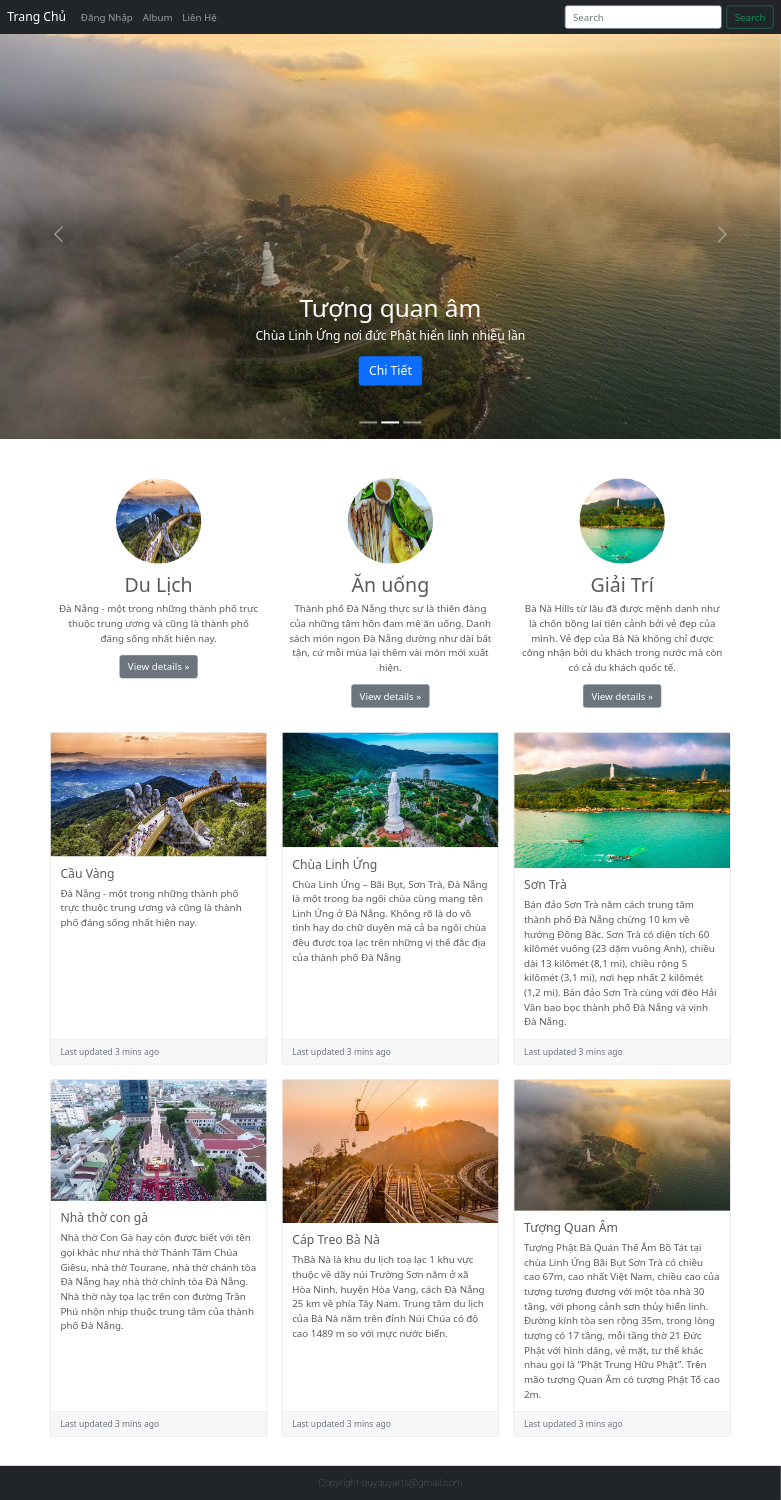
Repository: quyld88/baipro4
Page: index.html
The author's editor kept a copy of each file at every save. The page is drawn from the files as they stood at one save, then again after the next save.
The browser window is 1280 px wide. The pictures show the whole page, at 61% of full size.

Above is the page before, as saved 2022-05-16 16:44:25.

After the next save:
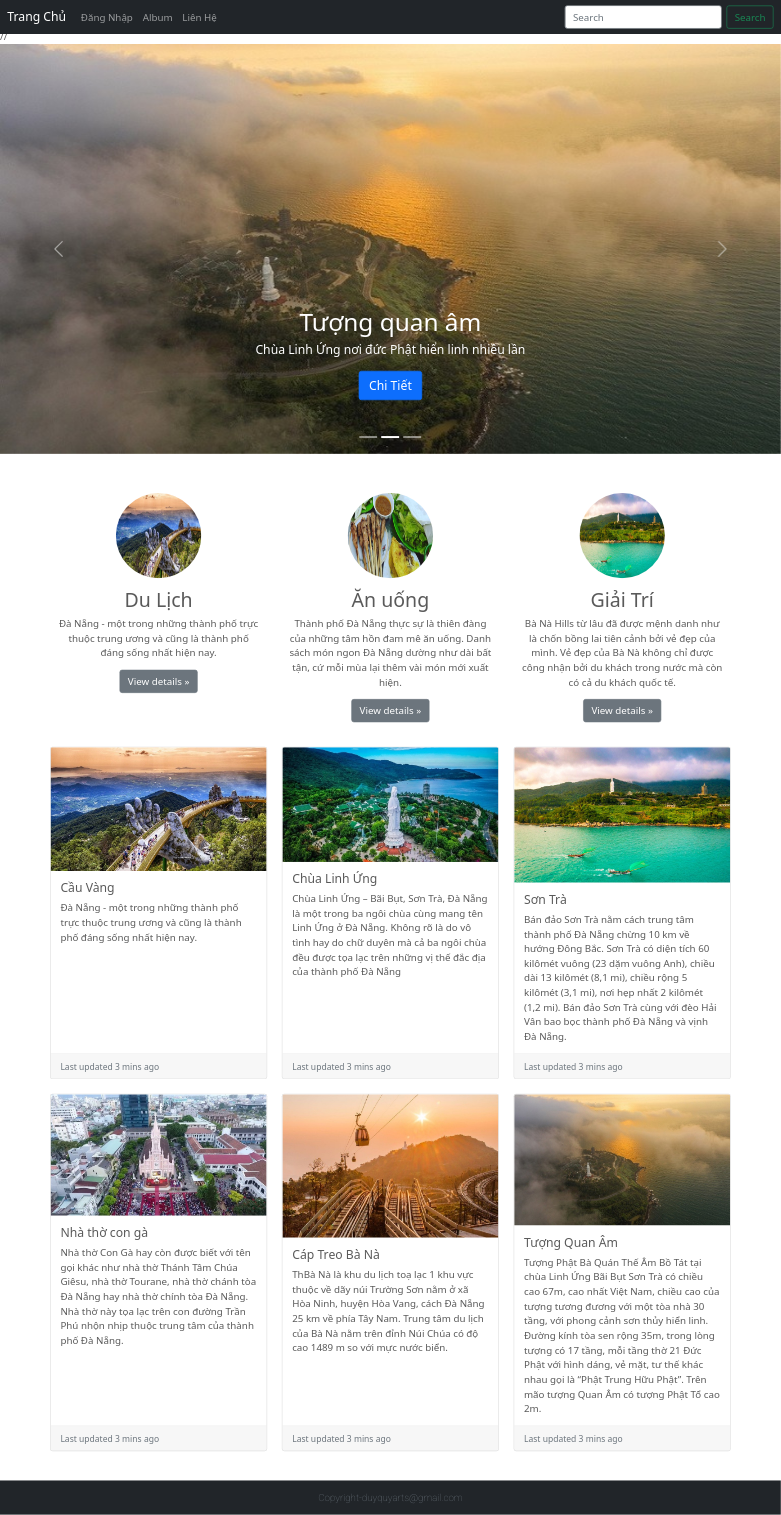
Saved 9 s later.
--- a/index.html
+++ b/index.html
@@ -14,8 +14,7 @@
     <!-- import font roboto -->
     <link rel="preconnect" href="https://fonts.googleapis.com">
     <link rel="preconnect" href="https://fonts.gstatic.com" crossorigin>
-    <link href="https://fonts.googleapis.com/css2?family=Montserrat:wght@100&family=Roboto:wght@100&display=swap" rel="stylesheet">
-
+    <link href="https://fonts.googleapis.com/css2?family=Montserrat:wght@100&family=Roboto:wght@100&display=swap" rel="stylesheet"> //
 
 
     <style>

After the 2 saves that followed:
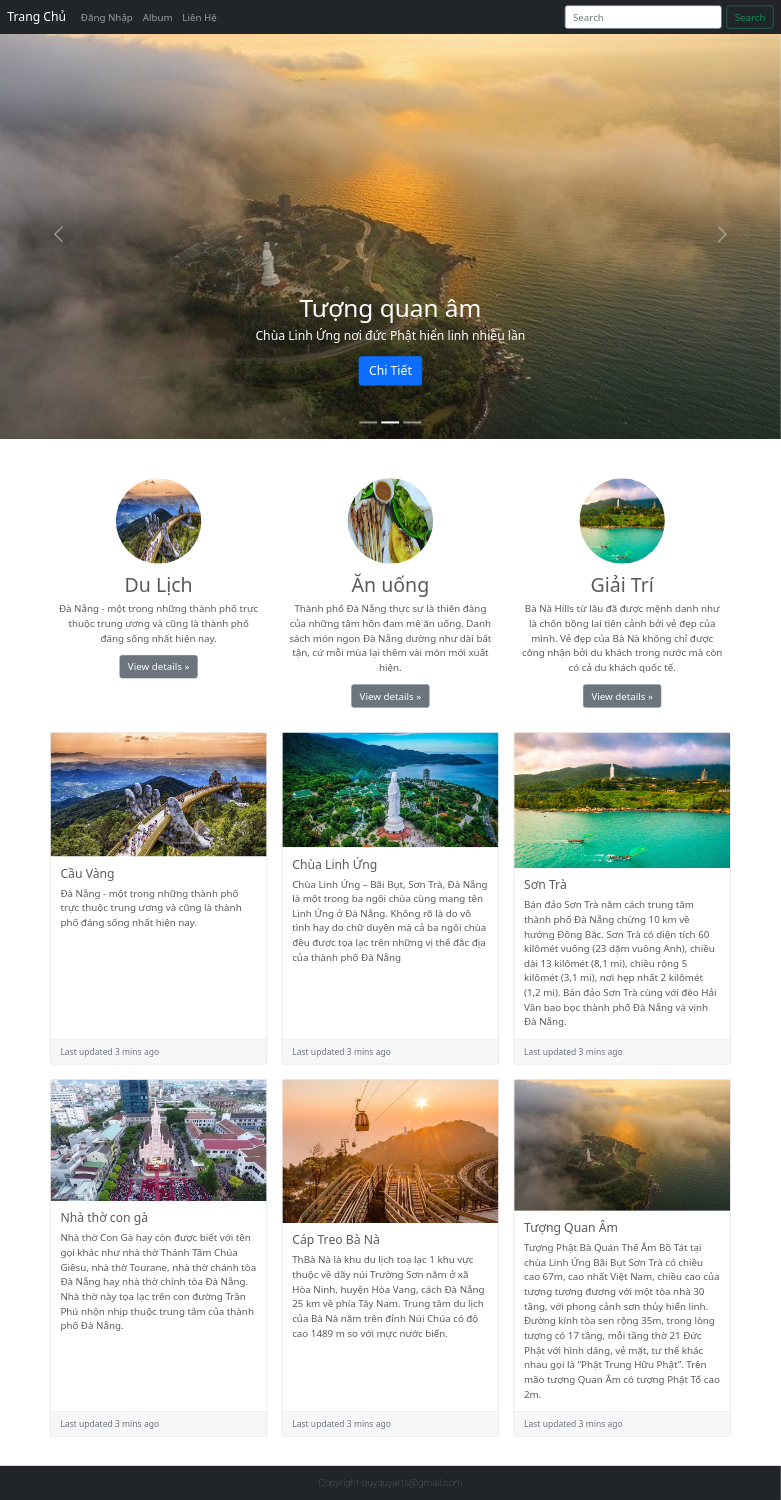
The 2 saves are shown as one change because they came seconds apart.
The last was saved 19 s later.
--- a/index.html
+++ b/index.html
@@ -14,7 +14,8 @@
     <!-- import font roboto -->
     <link rel="preconnect" href="https://fonts.googleapis.com">
     <link rel="preconnect" href="https://fonts.gstatic.com" crossorigin>
-    <link href="https://fonts.googleapis.com/css2?family=Montserrat:wght@100&family=Roboto:wght@100&display=swap" rel="stylesheet"> //
+    <link href="https://fonts.googleapis.com/css2?family=Montserrat:wght@100&family=Roboto:wght@100&display=swap" rel="stylesheet">
+
 
 
     <style>
